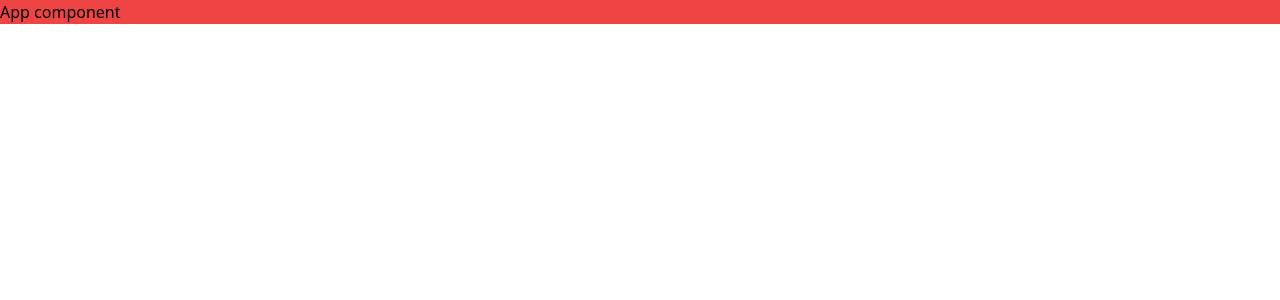
Repository: wenxi0504/BLOG
Page: / (app in client/)
These files come from the project's save history. The page is drawn as it stood at one moment and after the next save; the edit follows.
The browser window is 1280 px wide. The pictures show the whole page.
The project was rebuilt for these pictures with package versions that can differ from the ones it lists, and the page was loaded fresh each time. Also part of the build but not shown: client/src/App.css.

Above is the page before, as saved 2022-09-06 23:23:12.

After the next save:
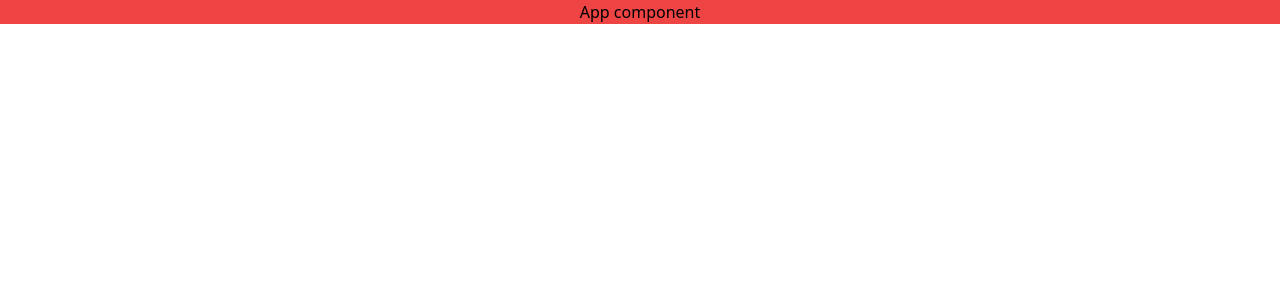
Saved 105 s later.
--- a/client/src/App.js
+++ b/client/src/App.js
@@ -3,7 +3,7 @@ import './App.css';
 
 function App() {
   return (
-    <div className='bg-red-500'>
+    <div className='bg-red-500 text-center'>
      App component
     </div>
   );
